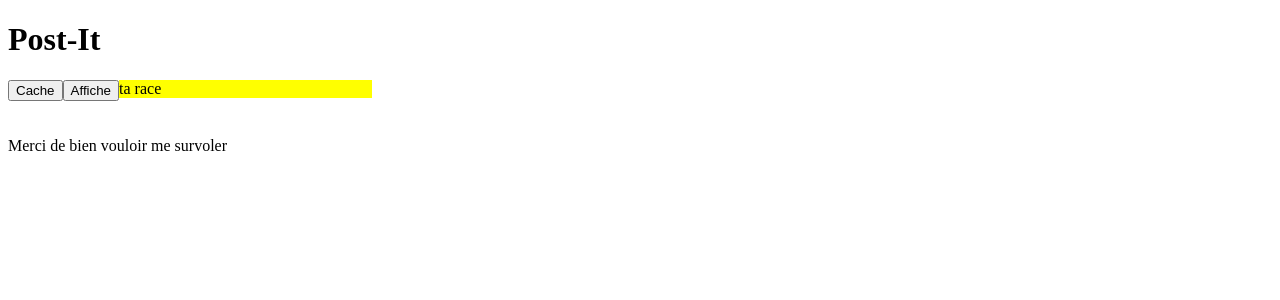
Repository: evalwebmeteofullstack/Gestion_meteo
Page: Notes/Cours + Exercices/Exercices/static/test/5em-code.html
These files come from the project's save history. The page is drawn as it stood at one moment and after the next save; the edit follows.
The browser window is 1280 px wide. The pictures show the whole page.

Above is the page before, as saved 2019-02-04 08:32:04.

### Notes/Cours + Exercices/Exercices/static/test/5em-code.html
<!DOCTYPE HTML>
<html>
<link rel="stylesheet" type="text/css" href="style5.css" />
<head>
</head>
<body>
	<h1>Post-It</h1>
	<div id="div1">
	<input type="button" name="butCache" id="butCach" value="Cache">
	<input type="button" name="butAfficher" id="butAf" value="Affiche">
	<div id="postIt">ta race</div>
	</div>
	<br>
	<br>
	<label>Merci de bien vouloir me survoler</label>
	<script src="test5.js"></script>
</body>
</html>

### Notes/Cours + Exercices/Exercices/static/test/style5.css
#div1 {
	display: flex;
	flex-direction: row;
}

#postIt {
	background-color: yellow;
	width: 20%;
	height: 40%;
}

Loaded but not shown: Notes/Cours + Exercices/Exercices/static/test/test5.js (no copy from this time; the picture is the same without it)

After the next save:
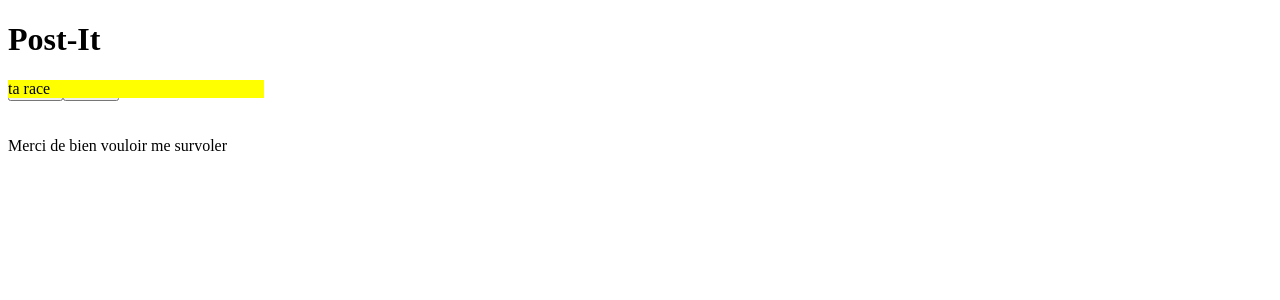
Saved 23 s later.
--- a/Notes/Cours + Exercices/Exercices/static/test/style5.css
+++ b/Notes/Cours + Exercices/Exercices/static/test/style5.css
@@ -4,7 +4,8 @@
 }
 
 #postIt {
+	position: absolute;
 	background-color: yellow;
 	width: 20%;
-	height: 40%;
+
 }
